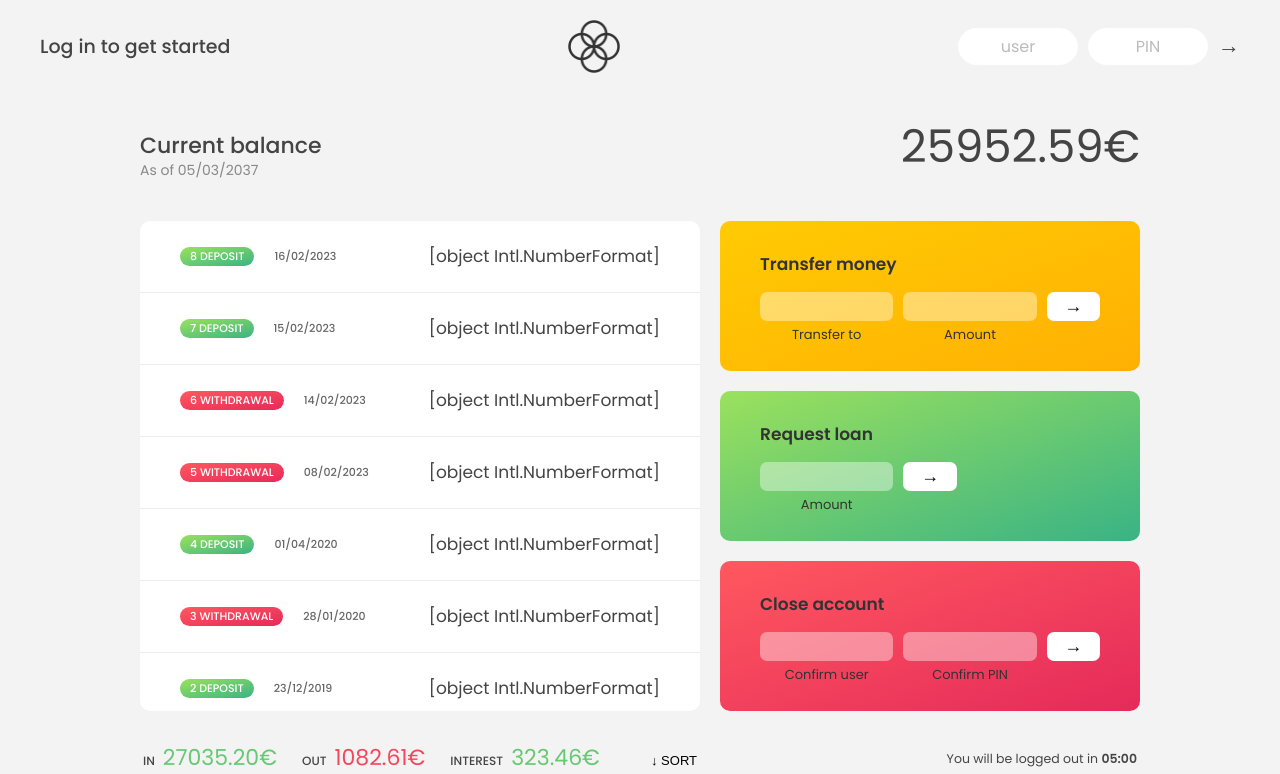
Repository: otvertka/jsc_12
Page: index.html
These files come from the project's save history. The page is drawn as it stood at one moment and after the next save; the edit follows.
The browser window is 1280 px wide. The pictures show the whole page.
An inner scrolling area shows only its first screen.

Above is the page before, as saved 2023-02-17 14:15:02.

### index.html
<!DOCTYPE html>
<html lang="en">
  <head>
    <meta charset="UTF-8" />
    <meta name="viewport" content="width=device-width, initial-scale=1.0" />
    <meta http-equiv="X-UA-Compatible" content="ie=edge" />
    <link rel="shortcut icon" type="image/png" href="/icon.png" />

    <link
      href="https://fonts.googleapis.com/css?family=Poppins:400,500,600&display=swap"
      rel="stylesheet"
    />

    <link rel="stylesheet" href="style.css" />
    <title>Bankist</title>
  </head>
  <body>
    <!-- TOP NAVIGATION -->
    <nav>
      <p class="welcome">Log in to get started</p>
      <img src="logo.png" alt="Logo" class="logo" />
      <form class="login">
        <input
          type="text"
          placeholder="user"
          class="login__input login__input--user"
        />
        <!-- In practice, use type="password" -->
        <input
          type="text"
          placeholder="PIN"
          maxlength="4"
          class="login__input login__input--pin"
        />
        <button class="login__btn">&rarr;</button>
      </form>
    </nav>

    <main class="app">
      <!-- BALANCE -->
      <div class="balance">
        <div>
          <p class="balance__label">Current balance</p>
          <p class="balance__date">
            As of <span class="date">05/03/2037</span>
          </p>
        </div>
        <p class="balance__value">0000€</p>
      </div>

      <!-- MOVEMENTS -->
      <div class="movements">
        <div class="movements__row">
          <div class="movements__type movements__type--deposit">2 deposit</div>
          <div class="movements__date">3 days ago</div>
          <div class="movements__value">4 000€</div>
        </div>
        <div class="movements__row">
          <div class="movements__type movements__type--withdrawal">
            1 withdrawal
          </div>
          <div class="movements__date">24/01/2037</div>
          <div class="movements__value">-378€</div>
        </div>
      </div>

      <!-- SUMMARY -->
      <div class="summary">
        <p class="summary__label">In</p>
        <p class="summary__value summary__value--in">0000€</p>
        <p class="summary__label">Out</p>
        <p class="summary__value summary__value--out">0000€</p>
        <p class="summary__label">Interest</p>
        <p class="summary__value summary__value--interest">0000€</p>
        <button class="btn--sort">&downarrow; SORT</button>
      </div>

      <!-- OPERATION: TRANSFERS -->
      <div class="operation operation--transfer">
        <h2>Transfer money</h2>
        <form class="form form--transfer">
          <input type="text" class="form__input form__input--to" />
          <input type="number" class="form__input form__input--amount" />
          <button class="form__btn form__btn--transfer">&rarr;</button>
          <label class="form__label">Transfer to</label>
          <label class="form__label">Amount</label>
        </form>
      </div>

      <!-- OPERATION: LOAN -->
      <div class="operation operation--loan">
        <h2>Request loan</h2>
        <form class="form form--loan">
          <input type="number" class="form__input form__input--loan-amount" />
          <button class="form__btn form__btn--loan">&rarr;</button>
          <label class="form__label form__label--loan">Amount</label>
        </form>
      </div>

      <!-- OPERATION: CLOSE -->
      <div class="operation operation--close">
        <h2>Close account</h2>
        <form class="form form--close">
          <input type="text" class="form__input form__input--user" />
          <input
            type="password"
            maxlength="6"
            class="form__input form__input--pin"
          />
          <button class="form__btn form__btn--close">&rarr;</button>
          <label class="form__label">Confirm user</label>
          <label class="form__label">Confirm PIN</label>
        </form>
      </div>

      <!-- LOGOUT TIMER -->
      <p class="logout-timer">
        You will be logged out in <span class="timer">05:00</span>
      </p>
    </main>

    <!-- <footer>
      &copy; by Jonas Schmedtmann. Don't claim as your own :)
    </footer> -->

    <script src="script.js"></script>
  </body>
</html>

### script.js
'use strict';

/////////////////////////////////////////////////
/////////////////////////////////////////////////
// BANKIST APP

/////////////////////////////////////////////////
// Data

// DIFFERENT DATA! Contains movement dates, currency and locale

const account1 = {
  owner: 'Jonas Schmedtmann',
  movements: [200, 455.23, -306.5, 25000, -642.21, -133.9, 79.97, 1300],
  interestRate: 1.2, // %
  pin: 1111,

  movementsDates: [
    '2019-11-18T21:31:17.178Z',
    '2019-12-23T07:42:02.383Z',
    '2020-01-28T09:15:04.904Z',
    '2020-04-01T10:17:24.185Z',
    '2023-02-08T14:11:59.604Z',
    '2023-02-14T17:01:17.194Z',
    '2023-02-15T23:36:17.929Z',
    '2023-02-16T10:51:36.790Z',
  ],
  currency: 'EUR',
  locale: 'pt-PT', // de-DE
};

const account2 = {
  owner: 'Jessica Davis',
  movements: [5000, 3400, -150, -790, -3210, -1000, 8500, -30],
  interestRate: 1.5,
  pin: 2222,

  movementsDates: [
    '2019-11-01T13:15:33.035Z',
    '2019-11-30T09:48:16.867Z',
    '2019-12-25T06:04:23.907Z',
    '2020-01-25T14:18:46.235Z',
    '2020-02-05T16:33:06.386Z',
    '2020-04-10T14:43:26.374Z',
    '2020-06-25T18:49:59.371Z',
    '2020-07-26T12:01:20.894Z',
  ],
  currency: 'USD',
  locale: 'en-US',
};

const accounts = [account1, account2];

/////////////////////////////////////////////////
// Elements
const labelWelcome = document.querySelector('.welcome');
const labelDate = document.querySelector('.date');
const labelBalance = document.querySelector('.balance__value');
const labelSumIn = document.querySelector('.summary__value--in');
const labelSumOut = document.querySelector('.summary__value--out');
const labelSumInterest = document.querySelector('.summary__value--interest');
const labelTimer = document.querySelector('.timer');

const containerApp = document.querySelector('.app');
const containerMovements = document.querySelector('.movements');

const btnLogin = document.querySelector('.login__btn');
const btnTransfer = document.querySelector('.form__btn--transfer');
const btnLoan = document.querySelector('.form__btn--loan');
const btnClose = document.querySelector('.form__btn--close');
const btnSort = document.querySelector('.btn--sort');

const inputLoginUsername = document.querySelector('.login__input--user');
const inputLoginPin = document.querySelector('.login__input--pin');
const inputTransferTo = document.querySelector('.form__input--to');
const inputTransferAmount = document.querySelector('.form__input--amount');
const inputLoanAmount = document.querySelector('.form__input--loan-amount');
const inputCloseUsername = document.querySelector('.form__input--user');
const inputClosePin = document.querySelector('.form__input--pin');

/////////////////////////////////////////////////
// Functions
const formatMovementDate = function (date, locale) {
  const calcDaysPassed = (date1, date2) =>
    Math.round(Math.abs(date2 - date1) / (1000 * 60 * 60 * 24));

  const daysPassed = calcDaysPassed(new Date(), date);
  console.log(daysPassed);

  if (daysPassed === 0) return 'Today';
  if (daysPassed === 1) return 'Yesterday';
  if (daysPassed <= 7) return `${daysPassed} days ago`;

  // const now = new Date();
  // const day = `${date.getDate()}`.padStart(2, 0); // дата начинается с 01 (2 - колич. цифр, 0 - начало отсчёта)
  // const month = `${date.getMonth() + 1}`.padStart(2, 0); // месяц начинается с 01 (2 - колич. цифр, 0 - начало отсчёта)
  // const year = date.getFullYear();

  // return `${day}/${month}/${year}`;
  return new Intl.DateTimeFormat(locale).format(date);
};

const displayMovements = function (acc, sort = false) {
  containerMovements.innerHTML = '';

  const movs = sort
    ? acc.movements.slice().sort((a, b) => a - b)
    : acc.movements;

  movs.forEach(function (mov, i) {
    const type = mov > 0 ? 'deposit' : 'withdrawal';

    const date = new Date(acc.movementsDates[i]);
    const displayDate = formatMovementDate(date, acc.locale);

    const formattedMov = new Intl.NumberFormat(acc.locale, {
      style: 'currency',
      currency: 'USD',
    });

    const html = `
      <div class="movements__row">
        <div class="movements__type movements__type--${type}">${
      i + 1
    } ${type}</div>
        <div class="movements__date">${displayDate}</div>
        <div class="movements__value">${formattedMov}</div>
      </div>
    `;

    containerMovements.insertAdjacentHTML('afterbegin', html);
  });
};

const calcDisplayBalance = function (acc) {
  acc.balance = acc.movements.reduce((acc, mov) => acc + mov, 0);
  labelBalance.textContent = `${acc.balance.toFixed(2)}€`;
};

const calcDisplaySummary = function (acc) {
  const incomes = acc.movements
    .filter(mov => mov > 0)
    .reduce((acc, mov) => acc + mov, 0);
  labelSumIn.textContent = `${incomes.toFixed(2)}€`;

  const out = acc.movements
    .filter(mov => mov < 0)
    .reduce((acc, mov) => acc + mov, 0);
  labelSumOut.textContent = `${Math.abs(out).toFixed(2)}€`;

  const interest = acc.movements
    .filter(mov => mov > 0)
    .map(deposit => (deposit * acc.interestRate) / 100)
    .filter((int, i, arr) => {
      // console.log(arr);
      return int >= 1;
    })
    .reduce((acc, int) => acc + int, 0);
  labelSumInterest.textContent = `${interest.toFixed(2)}€`;
};

const createUsernames = function (accs) {
  accs.forEach(function (acc) {
    acc.username = acc.owner
      .toLowerCase()
      .split(' ')
      .map(name => name[0])
      .join('');
  });
};
createUsernames(accounts);

const updateUI = function (acc) {
  // Display movements
  displayMovements(acc);

  // Display balance
  calcDisplayBalance(acc);

  // Display summary
  calcDisplaySummary(acc);
};

///////////////////////////////////////
// Event handlers
let currentAccount;

// FAKE ALWAYS LOGGED IN
currentAccount = account1;
updateUI(currentAccount);
containerApp.style.opacity = 100;

btnLogin.addEventListener('click', function (e) {
  // Prevent form from submitting
  e.preventDefault();

  currentAccount = accounts.find(
    acc => acc.username === inputLoginUsername.value
  );
  console.log(currentAccount);

  if (currentAccount?.pin === +inputLoginPin.value) {
    // Display UI and message
    labelWelcome.textContent = `Welcome back, ${
      currentAccount.owner.split(' ')[0]
    }`;
    containerApp.style.opacity = 100;

    // Create current date and time
    const now = new Date();
    const options = {
      hour: 'numeric',
      minute: 'numeric',
      day: 'numeric',
      month: 'numeric',
      year: 'numeric',
      // weekday: 'long',
    };
    // Experimenting API

    // const locale = navigator.language; // считывает язык браузера пользователя
    // console.log(locale);

    labelDate.textContent = new Intl.DateTimeFormat(
      currentAccount.locale,
      options
    ).format(now); // ПЕреводим в формат страны
    // const day = `${now.getDate()}`.padStart(2, 0); // дата начинается с 01 (2 - колич. цифр, 0 - начало отсчёта)
    // const month = `${now.getMonth() + 1}`.padStart(2, 0); // месяц начинается с 01 (2 - колич. цифр, 0 - начало отсчёта)
    // const year = now.getFullYear();
    // const hour = `${now.getHours()}`.padStart(2, 0);
    // const min = `${now.getMinutes()}`.padStart(2, 0);
    // labelDate.textContent = `${day}/${month}/${year}, ${hour}: ${min}`;
    // day/month/year

    // Clear input fields
    inputLoginUsername.value = inputLoginPin.value = '';
    inputLoginPin.blur();

    // Update UI
    updateUI(currentAccount);
  }
});

btnTransfer.addEventListener('click', function (e) {
  e.preventDefault();
  const amount = +inputTransferAmount.value;
  const receiverAcc = accounts.find(
    acc => acc.username === inputTransferTo.value
  );
  inputTransferAmount.value = inputTransferTo.value = '';

  if (
    amount > 0 &&
    receiverAcc &&
    currentAccount.balance >= amount &&
    receiverAcc?.username !== currentAccount.username
  ) {
    // Doing the transfer
    currentAccount.movements.push(-amount);
    receiverAcc.movements.push(amount);

    // Add transfer date
    currentAccount.movementsDates.push(new Date().toISOString()); // добавляем текущую дату в поле транзакций
    receiverAcc.movementsDates.push(new Date().toISOString()); // добавляем текущую дату в поле транзакций

    // Update UI
    updateUI(currentAccount);
  }
});

btnLoan.addEventListener('click', function (e) {
  e.preventDefault();

  const amount = Math.floor(inputLoanAmount.value);

  if (amount > 0 && currentAccount.movements.some(mov => mov >= amount * 0.1)) {
    // Add movement
    currentAccount.movements.push(amount);

    //  добавляем текущую дату в поле кредитов
    currentAccount.movementsDates.push(new Date().toISOString()); // добавляем текущую дату в поле транзакций

    // Update UI
    updateUI(currentAccount);
  }
  inputLoanAmount.value = '';
});

btnClose.addEventListener('click', function (e) {
  e.preventDefault();

  if (
    inputCloseUsername.value === currentAccount.username &&
    +inputClosePin.value === currentAccount.pin
  ) {
    const index = accounts.findIndex(
      acc => acc.username === currentAccount.username
    );
    console.log(index);
    // .indexOf(23)

    // Delete account
    accounts.splice(index, 1);

    // Hide UI
    containerApp.style.opacity = 0;
  }

  inputCloseUsername.value = inputClosePin.value = '';
});

let sorted = false;
btnSort.addEventListener('click', function (e) {
  e.preventDefault();
  displayMovements(currentAccount.movements, !sorted);
  sorted = !sorted;
});

/////////////////////////////////////////////////
/////////////////////////////////////////////////
// LECTURES #1 Converting and Checking Numbers

console.log(23 === 23.0); // true
// Base 10 - 0 to 9
// Binary base 2 - 0 1
console.log(0.1 + 0.2); // 0.30000000000000004
console.log(0.1 + 0.2 === 0.3); // false

console.log(Number('23')); // 23
console.log(+'23'); // 23

// Parsing   Метод Number.parseInt() разбирает строковый аргумент и возвращает целое число. Этот метод ведёт себя идентично глобальной функции parseInt() и является частью ECMAScript 6 (его целью является модуляризация глобальных сущностей).
console.log(Number.parseInt('30px')); //30
// Метод Number.parseFloat() разбирает строковый аргумент и возвращает число с плавающей запятой.
console.log(Number.parseInt(' 2.5rem')); // 2
console.log(Number.parseFloat(' 2.5rem')); // 2.5

// console.log(parseFloat(' 2.5rem')); // 2.5

// Метод Number.isNaN() определяет, является ли переданное значение NaN. Это более надёжная версия оригинальной глобальной функции isNaN().
// Проверка, на значение is NaN
console.log(Number.isNaN(20)); // false
console.log(Number.isNaN('20')); // false
console.log(Number.isNaN(+'20X')); // true
console.log(Number.isNaN(23 / 0)); // Infinity// false

// Метод Number.isFinite() определяет, является ли переданное значение конечным числом.
// Проверка, это число или нет
console.log(Number.isFinite(20)); // true
console.log(Number.isFinite('20')); // false , т.к. это строка
console.log(Number.isFinite(+'20X')); // false
console.log(Number.isFinite(23 / 0)); // false ,  т.к. это Infinity

// Метод Number.isInteger() определяет, является ли переданное значение целым числом.
console.log(Number.isInteger(23)); // true
console.log(Number.isInteger(23.0)); // true
console.log(Number.isInteger(23 / 0)); // Infinity// false

/// LECT Math and Rounding
console.log(Math.sqrt(25)); // 5
console.log(25 ** (1 / 2)); // 5
console.log(8 ** (1 / 3)); // 2  кубический корень из 8 = 2

console.log(Math.max(5, 18, 23, 11, 2)); // 23
console.log(Math.max(5, 18, '23', 11, 2)); // 23
console.log(Math.max(5, 18, '23px', 11, 2)); // NaN

console.log(Math.min(5, 18, 23, 11, 2)); // 2

console.log(Math.PI * Number.parseFloat('10px') ** 2); // 314.1592653589793 . Считаем площадь круга, радиусом 10px

console.log(Math.trunc(Math.random() * 6) + 1); // Сгенерировать произвольные числа от 1- 5
// Функция генерирования случайных чисел в диапазоне мин - макс
const randomInt = (min, max) =>
  Math.floor(Math.random() * (max - min) + 1) + min;
// 0...1 -> 0...(max - min) -> min... max
console.log(randomInt(-10, 20));

// Округление целых чисел
console.log(Math.trunc(23)); // 23

console.log(Math.round(23.3)); // 23
console.log(Math.round(23.9)); // 24

console.log(Math.ceil(23.3)); // 24
console.log(Math.ceil(23.9)); // 24

console.log(Math.floor(23.3)); // 23
console.log(Math.floor('23.9')); // 23

console.log(Math.trunc(-23.3)); // - 23
console.log(Math.floor(-23.3)); // -24

// Округление десятичных чисел
console.log((2.7).toFixed(0)); // 3 возвращает СТРОКУ 3
console.log((2.7).toFixed(3)); // 2.700 возвращает СТРОКУ 3
console.log((2.345).toFixed(2)); // 2.35 возвращает СТРОКУ
console.log(+(2.345).toFixed(2)); // 2.35 возвращает ЧИСЛО

// LECT The Remainder Operator. Остаток от деления
console.log(5 % 2); // 1
console.log(8 % 3); // 2

console.log(6 % 2); // 0

const isEven = n => n % 2 === 0;
console.log(isEven(8)); // true
console.log(isEven(23)); // false
console.log(isEven(514)); // true

labelBalance.addEventListener('click', function () {
  [...document.querySelectorAll('.movements__row')].forEach(function (row, i) {
    // 0 , 2, 4, 6
    if (i % 2 === 0) row.style.backgroundColor = ' orangered'; //
    // 0, 3, 6, 9
    if (i % 3 === 0) row.style.backgroundColor = ' blue';
  });
});

// LECT . Numeric Separators . числовые разделители
// 287,460,000,000
// const diametr = 287_460_000_000;
// console.log(diametr); // 287460000000

// const priceCents = 345_99;
// console.log(priceCents); // 34599

// const transferFee1 = 15_00;
// const transferFee2 = 1_500;

// const PI = 3.1415;
// console.log(PI); /// 3.1415

// console.log(Number('230_000')); // NaN
// console.log(parseInt('230_000')); // 230

// //  LECT . Working with BigInt. BigInt – это специальный числовой тип, который предоставляет возможность работать с целыми числами произвольной длины. Чтобы создать значение типа BigInt, необходимо добавить n в конец числового литерала или вызвать функцию BigInt, которая создаст число типа BigInt из переданного аргумента. Аргументом может быть число, строка и др.
// console.log(2 ** 53 - 1); // 9007199254740991
// console.log(Number.MAX_SAFE_INTEGER); // 9007199254740991
// console.log(2 ** 53 + 1); // 9007199254740992
// console.log(2 ** 53 + 2); // 9007199254740994
// console.log(2 ** 53 + 3); // 9007199254740996
// console.log(2 ** 53 + 4); // 9007199254740996

// console.log(4932423432434234234234234234324234234234n);
// console.log(BigInt(49324));

// // Operations
// console.log(10000n + 10000n); // 20000n
// console.log(365435435345345435345345345435345n * 10000000n); // 3654354353453454353453453454353450000000n

// // const huge = 20289830233434343434n;
// // // const num = 23;
// // // console.log(huge * num); // Ошибка. т.к. нельзя смешивать BigInt  другими типами
// // console.log(huge * BigInt(num)); // После конвертации будет работать 466666095368989898982n

// // Исключения
// console.log(20n > 15); // true
// console.log(20n === 20); // false , т.к. разные типы
// console.log(typeof 20n); // bigint
// console.log(20n == '20'); // true

// //
// console.log(huge + ' is REALLY big !! ');

// // Divisions.
// console.log(11n / 3n); // 3n
// console.log(10 / 3); // 3.3333333333333335

// LECT Creating Dates
// Create a date
// const now = new Date();
// console.log(now);

// console.log(new Date('Thu Feb 16 2023 15:12:06'));
// console.log(new Date('December 24, 2015'));
// console.log(new Date(account1.movementsDates[0]));

// console.log(new Date(2037, 10, 19, 15, 23, 5));
// console.log(new Date(2037, 10, 31)); // Tue Dec 01 , а не ноябрь

// console.log(new Date(0)); // Thu Jan 01 1970 03:00:00
// console.log(new Date(3 * 24 * 60 * 60 * 1000)); // Sun Jan 04 1970 03:00:00

// Working with Dates
// const future = new Date(2037, 10, 19, 15, 23, 5);
// console.log(future);
// console.log(future.getFullYear()); // 2037
// console.log(future.getMonth()); // 10
// console.log(future.getDay()); // 4
// console.log(future.getHours()); // 15
// console.log(future.getMinutes()); // 23
// console.log(future.getSeconds()); // 5
// console.log(future.toISOString()); // 2037-11-19T13:23:05.000Z
// console.log(future.getTime());

// console.log(new Date(2142249785000)); // Thu Nov 19 2037 15:23:05 GMT+0200 (Восточная Европа, стандартное время)

// console.log(Date.now()); // 1676554023559

// future.setFullYear(2040);
// console.log(future); // Mon Nov 19 2040 15:23:05 GMT+0200 (Восточная Европа, стандартное время)

// LECT Operations With Dates
const future = new Date(2037, 10, 19, 15, 23, 5);
console.log(+future);

const cacDaysPassed = (date1, date2) =>
  Math.abs(date2 - date1) / (1000 * 60 * 60 * 24);

const days1 = cacDaysPassed(new Date(2037, 3, 4), new Date(2037, 3, 14));
console.log(days1);

// LECT Internationalizing Numbers (Intl)
const num = 38847423.23;
const options = {
  style: 'currency',
  unit: 'celsius',
  currency: 'EUR',
  // useGrouping: false, // убирает разделители в цифре
};
console.log('US:     ', new Intl.NumberFormat('en-US', options).format(num)); // US:      38,847,423.23
console.log(
  'Germany:     ',
  new Intl.NumberFormat('de-DE', options).format(num)
); //  Germany:      38.847.423,23
console.log('Syria:     ', new Intl.NumberFormat('ar-SY', options).format(num)); //  Syria:      ٣٨٬٨٤٧٬٤٢٣٫٢٣
console.log(
  navigator.language,
  new Intl.NumberFormat(navigator.language).format(num)
); // ru 38 847 423,23

Loaded but not shown: style.css (297 lines, source omitted)

After the next save:
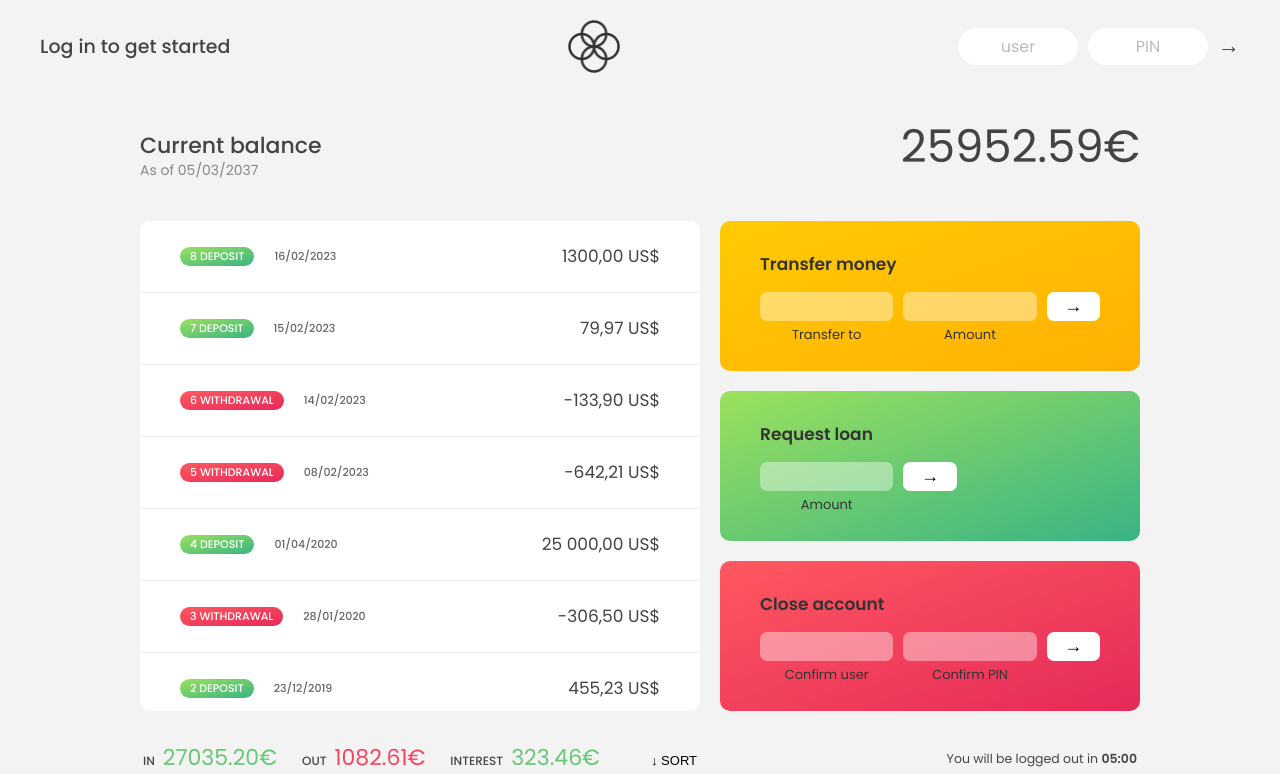
Saved 66 s later.
--- a/script.js
+++ b/script.js
@@ -116,7 +116,7 @@ const displayMovements = function (acc, sort = false) {
     const formattedMov = new Intl.NumberFormat(acc.locale, {
       style: 'currency',
       currency: 'USD',
-    });
+    }).format(mov);
 
     const html = `
       <div class="movements__row">
